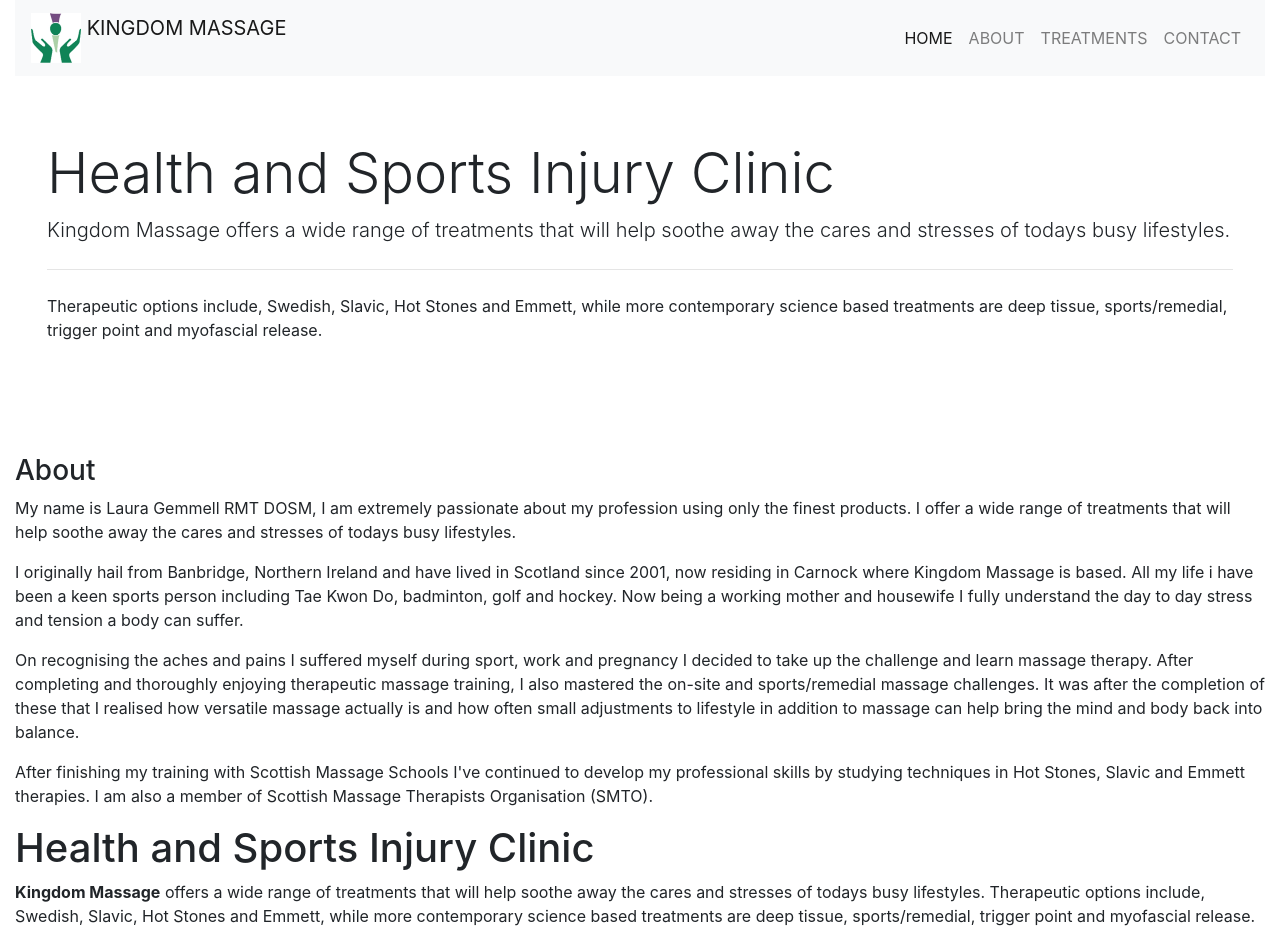
Repository: dalecars/User-Centric-Frontend-Development-Milestone-Project
Page: index.html
The author's editor kept a record of every edit. The page is drawn from the files as they stood at one moment, then again after the next edit.
The browser window is 1280 px wide. The pictures show the whole page.

Above is the page before.

After the next edit:
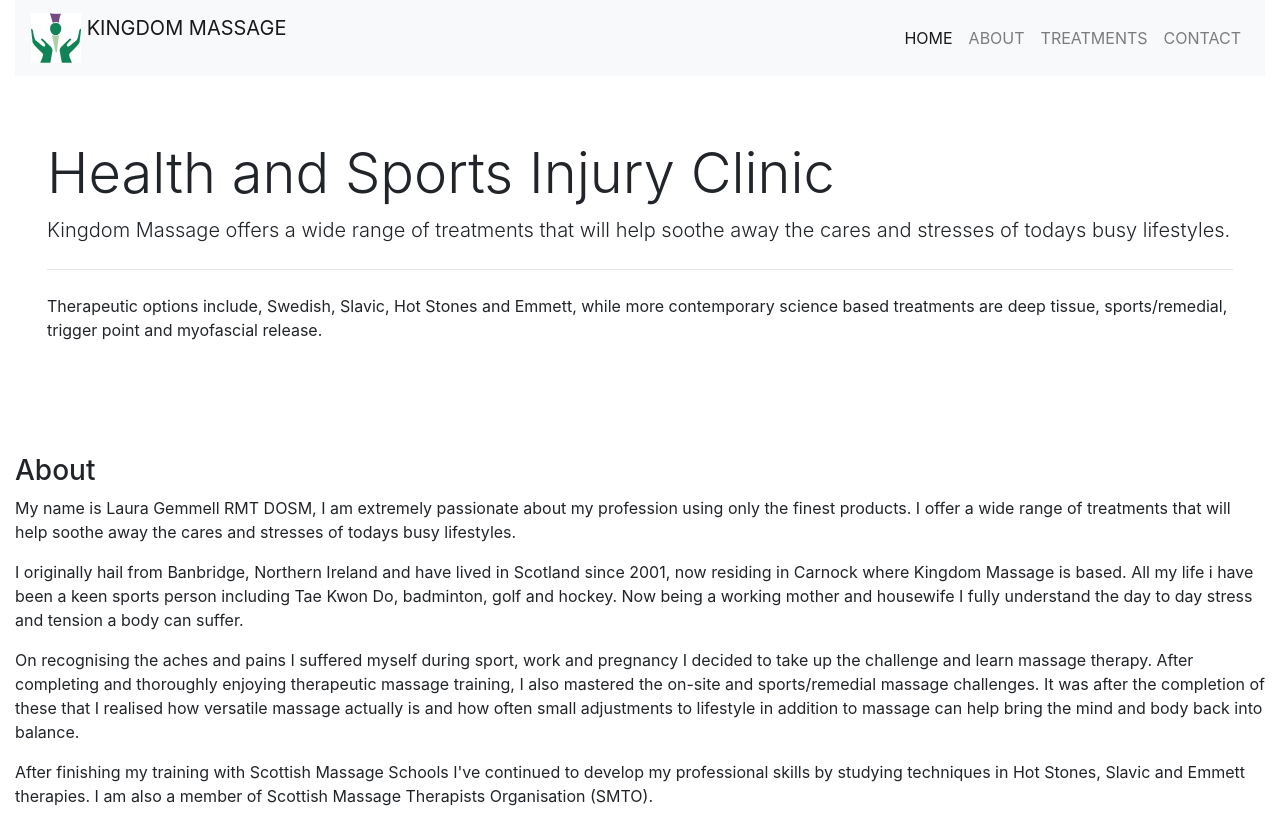
The edit:
--- a/index.html
+++ b/index.html
@@ -78,14 +78,7 @@
 
      <section id="treatments">
         <div class="container-fluid about-container">
-                <div class="title">
-                    <h1>Health and Sports Injury Clinic</h3>
-                </div>
-                <div class="description">
-                    <p><Strong>Kingdom Massage</strong> offers a wide range of treatments that will help soothe away the cares and stresses of todays busy
-                    lifestyles. Therapeutic options include, Swedish, Slavic, Hot Stones and Emmett, while more contemporary science based treatments are deep tissue,
-                    sports/remedial, trigger point and myofascial release.</p>
-                </div>
+
         </div>
     </section>
 
